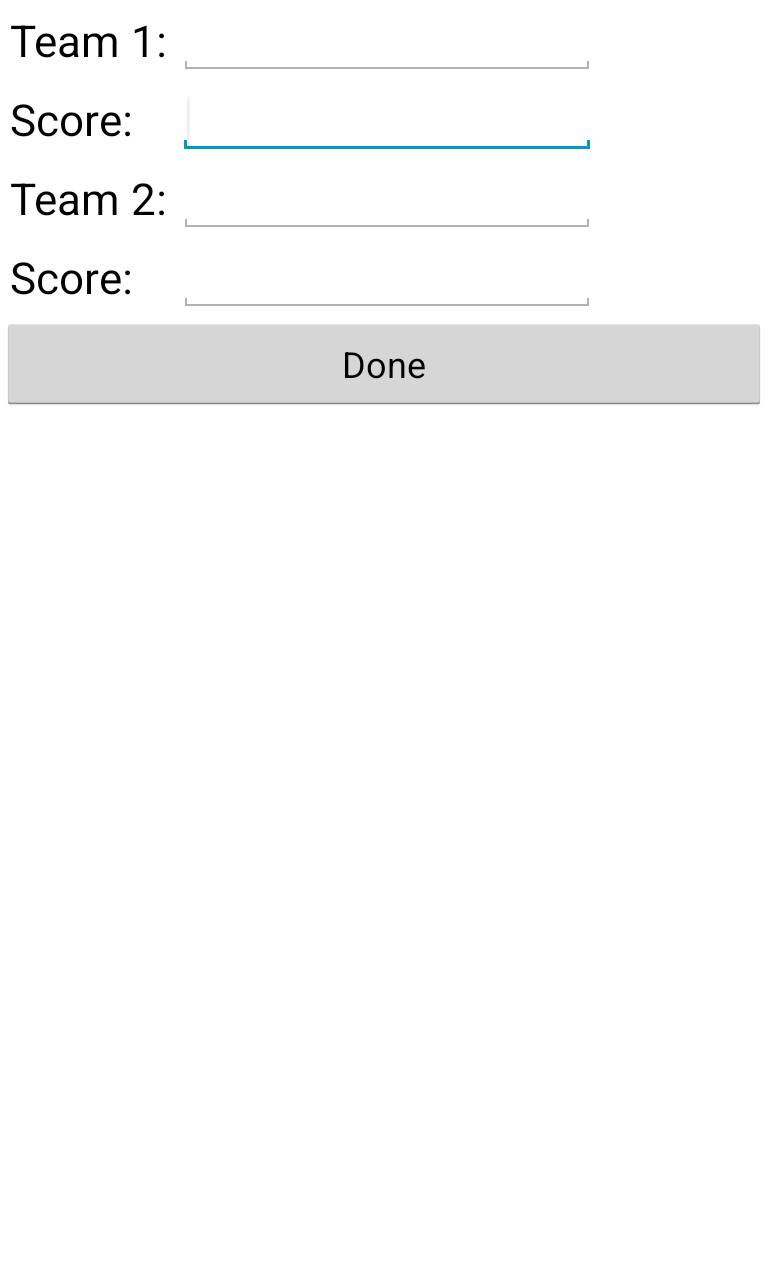
Repository: shervinshaikh/Android
Layout: NBAScoreTracker/res/layout/fragment_scores.xml
These files come from the project's save history. The layout is drawn as it stood at one moment and after the next save; the edit follows.
It is drawn on a 768 x 1280 px phone screen (xhdpi) without system bars, with theme AppTheme; the app's code is not run.

Above is the layout before, as saved 2013-04-27 22:29:06.

After the next save:
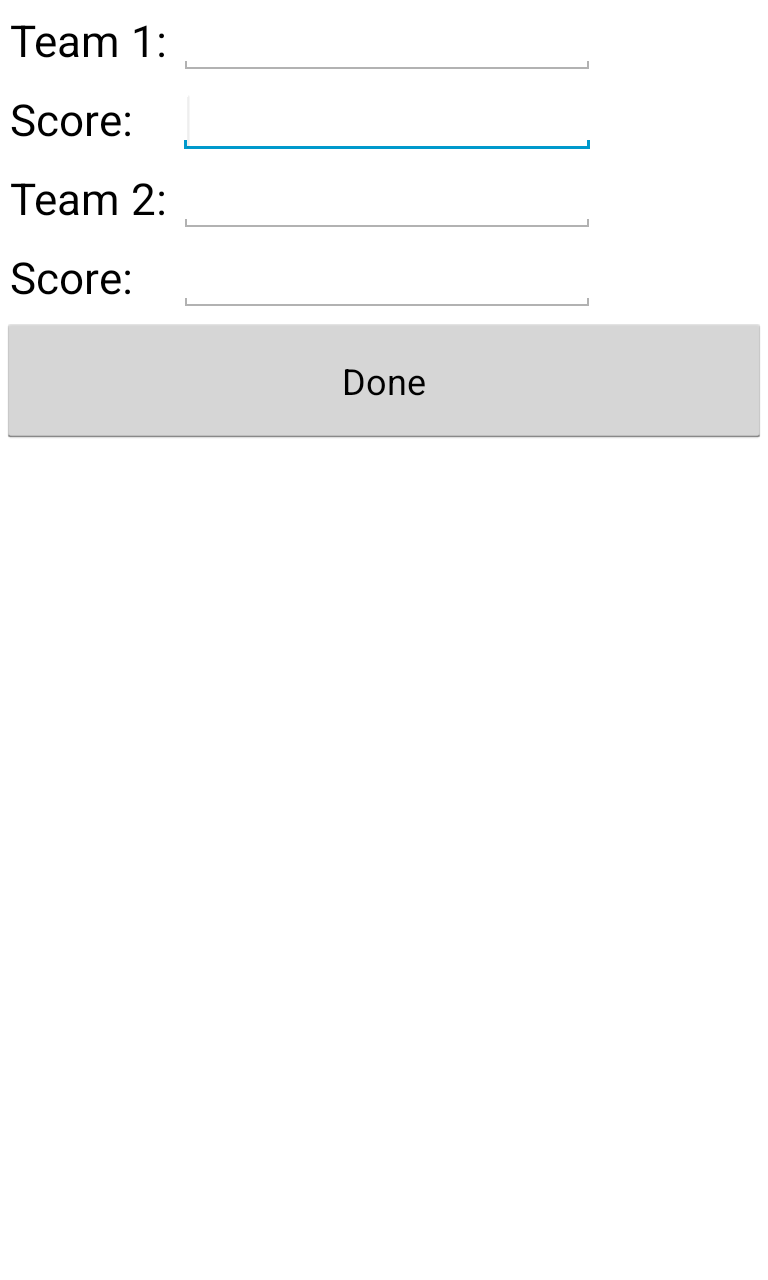
Saved 10 s later.
--- a/NBAScoreTracker/res/layout/fragment_scores.xml
+++ b/NBAScoreTracker/res/layout/fragment_scores.xml
@@ -99,6 +99,6 @@
         android:layout_width="wrap_content"
         android:layout_height="wrap_content"
         android:text="@string/done"
-        android:padding="10dip" />
+        android:padding="20dip" />
 
 </TableLayout>

After the save that followed:
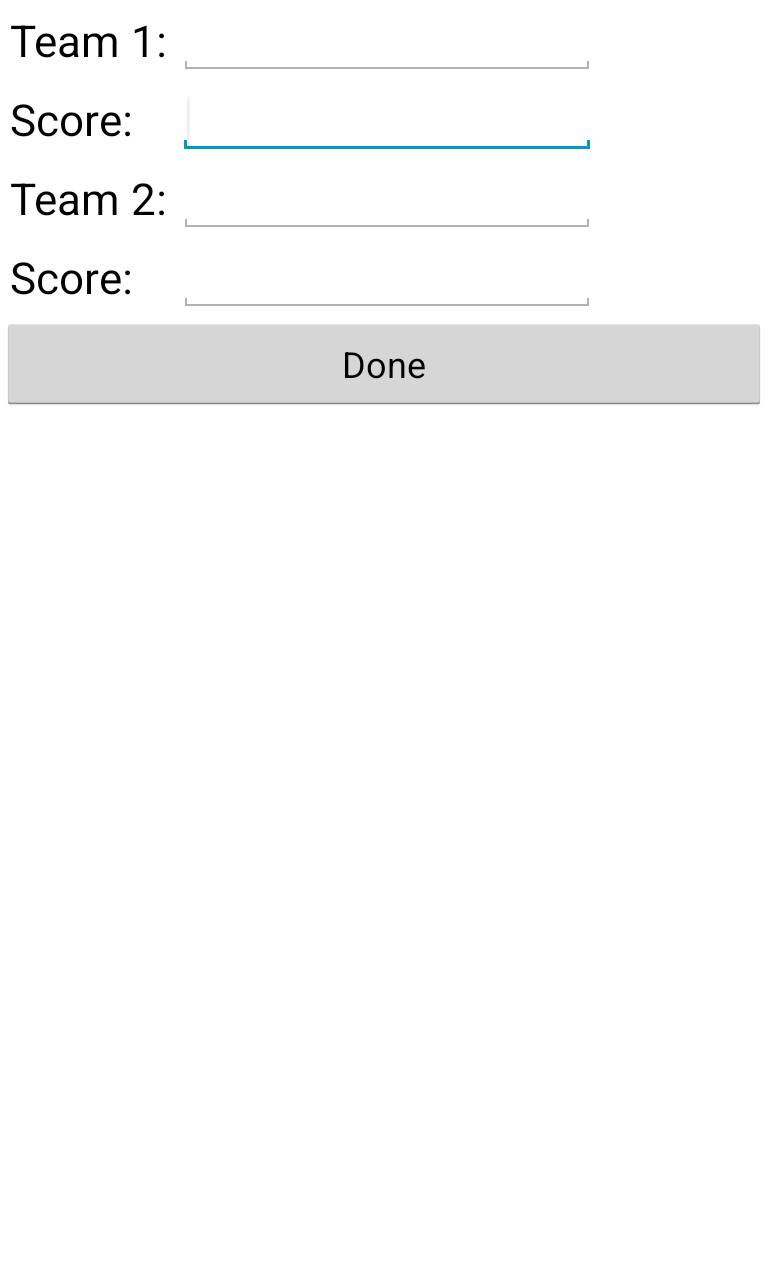
Saved 15 s later.
--- a/NBAScoreTracker/res/layout/fragment_scores.xml
+++ b/NBAScoreTracker/res/layout/fragment_scores.xml
@@ -99,6 +99,6 @@
         android:layout_width="wrap_content"
         android:layout_height="wrap_content"
         android:text="@string/done"
-        android:padding="20dip" />
+         />
 
 </TableLayout>
